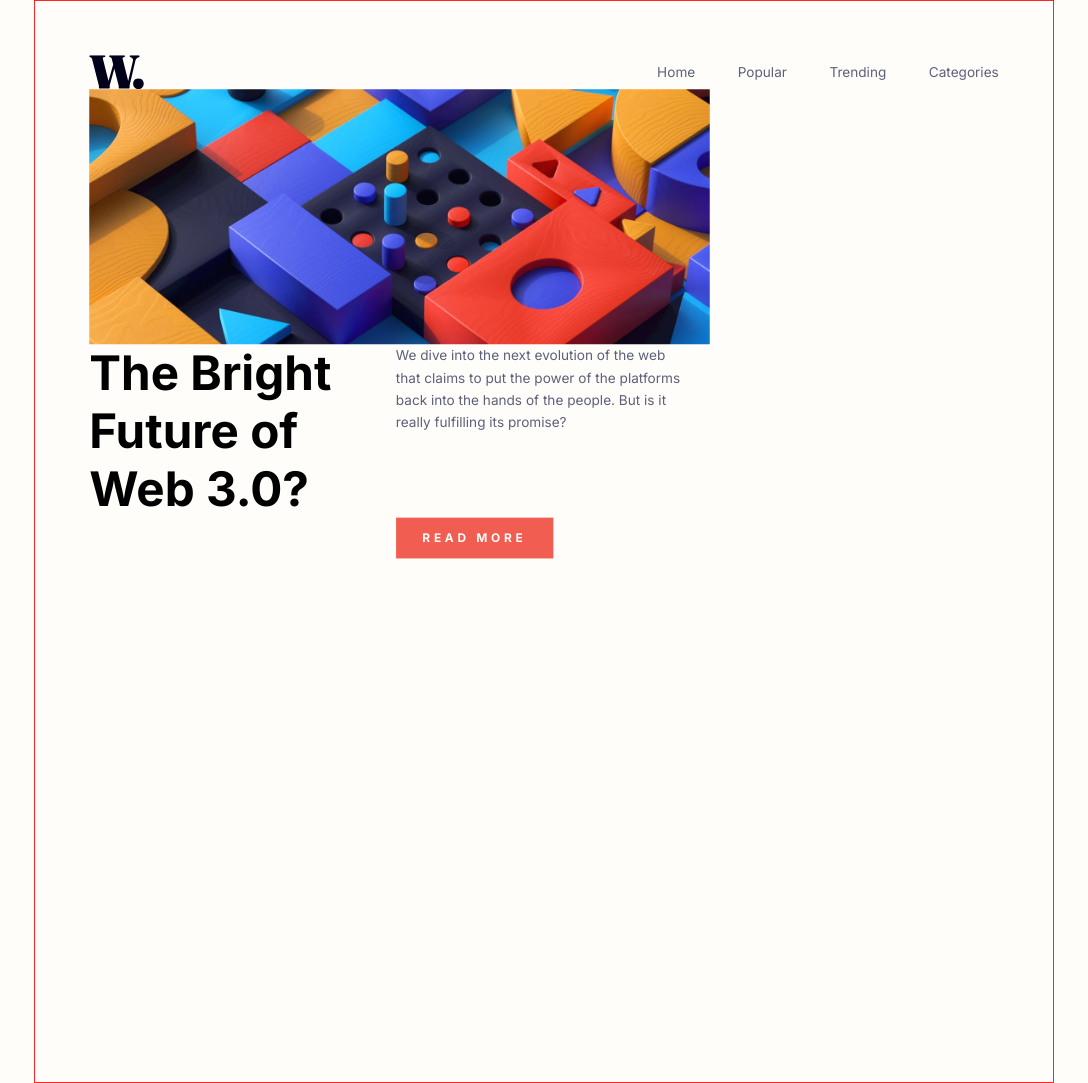
Repository: Arkitecth/news-webpage
Page: index.html
The author's editor kept a copy of each file at every save. The page is drawn from the files as they stood at one save, then again after the next save.
The browser window is 1280 px wide. The pictures show the whole page, at 85% of full size.

Above is the page before, as saved 2023-06-07 20:43:40.

### index.html
<!DOCTYPE html>
<html lang="en">
<head>
  <meta charset="UTF-8">
  <meta name="viewport" content="width=device-width, initial-scale=1.0"> <!-- displays site properly based on user's device -->
  <title>News homepage</title>
  <link rel="stylesheet" media="screen and (max-width:1440px)"href="style.css">
  <link rel="stylesheet" media="screen and (min-width:320px) and (max-width:768px)" href="mobile.css">
</head>
<body>
  <main>
    <nav class="flex-container">
      <img class="logo" src="assets/images/logo.svg" alt="logo">
      <div class="hamburger-menu">
        <img class="icon-menu" src="assets/images/icon-menu.svg" alt="icon-menu">
          <ul class="menu-items">
            <li><a href="#"> Home </a> </li>
            <li><a href="#"> Popular </a></li>
            <li><a href="#">Trending </a></li>
            <li><a href="#">Categories</a></li>
          </ul>
      </div>
    </nav>

    <div class="showcase">
      <section class="showcase-card">
        <img class="background-image" src="assets/images/image-web-3-mobile.jpg" alt="background-image">
        <h1>The Bright Future of Web 3.0? </h1>
        <p> We dive into the next evolution of the web that claims to put the power of the platforms back into the hands of the people.
          But is it really fulfilling its promise? </p>
        <a class="primary-btn" href="#">Read more </a>
      </section>

      <!-- <section class="news-card">
        <h2>New</h2>
        <article>
          <h3>Hydrogen VS Electric Cars</h3>
          <p>Will hydrogen-fueled cars ever catch up to EVs?  </p>
        </article>

        <article>
          <h3>The Downsides of AI Artistry </h3>
          <p>What are the possible adverse effects of on-demand AI image generation?</p>
        </article>
        <article>
          <h3>Is VC Funding Drying Up?</h3>
          <p>Private funding by VC firms is down 50% YOY. We take a look at what that means.</p>
        </article>
    </section>

    <section class="game-card">
      <article>
        <img src="assets/images/image-retro-pcs.jpg" alt="image-retro-pcs">
        <div class="game-content">
          <h2>01</h2>
          <h3>Reviving Retro PCs</h3>
          <p>What happens when old PCs are given modern upgrades?</p>
        </div>
      </article>

      <article>
        <img src="assets/images/image-top-laptops.jpg" alt="image-top-laptops">
        <div class="game-content">
          <h2>02</h2>
          <h3>Top 10 Laptops of 2022</h3>
          <p>Our best picks for various needs and budgets.</p>
        </div>
      </article>

      <article>
        <img src="assets/images/image-gaming-growth.jpg" alt="image-top-laptops">
        <div class="game-content">
          <h2>03</h2>
          <h3>The Growth of Gaming</h3>
          <p>How the pandemic has sparked fresh opportunities.</p>
        </div>
      </article>

    </section> -->

    </div>
  </main>
<script src="script.js"></script>

</body>
</html>

### style.css
@import url('https://fonts.googleapis.com/css2?family=Inter:wght@400;700;800&display=swap');

:root {
    --dark-primary: #00001A;
    --dark-secondary:#5E607A;
    --almost-white:#FFFDFA;
    --primary-color:#F15D51;
    --list-color:#5E607A
}

/* Main Styling */
* {
    margin: 0;
    padding: 0;
    box-sizing: border-box;
}


p {
    color: #5E607A;
    line-height: 26px;
}

body {
    font-family: 'Inter', sans-serif;
    background: #FFFDFA;
}

.primary-btn {
    text-decoration: none;
    text-transform: uppercase;
    background-color: var(--primary-color);
    color: var(--almost-white);
    width: 185px;
    height: 48px;
    font-weight: 700;
    font-size: 14px;
    text-align: center;
    padding-top: 15px;
    letter-spacing: 4.38px;
}


.primary-btn:hover {
    background-color: #00001A;
}


main {
    max-width: 1200px;
    margin: auto;
    padding: 4rem 4rem;
    overflow: hidden;
    border: 1px solid red;
}

/* .showcase {
    display: grid;
    grid-template-columns: 1fr 1fr;
    grid-template-rows: 1fr 1fr 1fr;
} */

.icon-menu {
    display: none;
}

.flex-container {
    display: flex;
    justify-content: space-between;
    align-items: center;
}

.menu-items li  {
    list-style-type: none;
}
.menu-items {
    display: flex;
    justify-content: space-evenly;
    gap: 50px;
}
.menu-items li a {
    color: var(--list-color);
    text-decoration: none;
}

.menu-items li a:hover {
    color: var(--primary-color);
}

.background-image {
    content: url("assets/images/image-web-3-desktop.jpg");
    width: 730px;
}

/* Showcase */

.showcase {
    display: grid;
    grid-template-columns: 1fr 1fr 1fr;
    grid-template-rows: 1fr 1fr;
}

.showcase-card .background-image {
    grid-row: 1;
    grid-column: 1 / span 3;
}

.showcase-card {
    display: grid;
    grid-template-rows: auto auto auto;
    grid-template-columns: auto auto auto;
}

.showcase-card h1 {
    grid-row-start: 2;
    font-size: 56px;
}

.showcase-card p {
    grid-row-start: 2;
    width: 350px;
    grid-column: 2 / span 3;
}

.showcase-card a {
    grid-row: 3;
    grid-column: 2 / span 3;
}
/* .news-card {
    display: grid;
    justify-content: center;
    background-color: black;
    color: #FFFDFA;
    margin: 100px 30px 0 30px;
    padding-left: 20px;
}

.news-card h2 {
    color: #E9AA52;
    font-size: 2rem;
    padding-top: 1rem;
}

.news-card article h3 {
    padding-bottom: 1.5rem;
    padding-top: 2rem;
}

.news-card article p {
    padding-bottom: 1.5rem;
    border-bottom: 1px solid #5E607A;
    color: #C5C6CE;
} */

### script.js
const hamburger = document.querySelector(".hamburger-menu");
const iconMenu = document.querySelector(".icon-menu");
const menuItems = document.querySelector(".menu-items");
const backgroundImage = document.querySelector(".background-image");

const body = document.querySelector("body");
iconMenu.addEventListener("click", () => {
    hamburger.classList.toggle("menu-box");
    iconMenu.classList.toggle("toggle-icon");
    menuItems.classList.toggle("toggle-menu-items");
    body.classList.toggle("toggle-dark");
    backgroundImage.classList.toggle("toggle-background-brightness");
})
iconMenu.src = "assets/images/icon-menu.svg";

### mobile.css
:root {
    --dark-primary: #00001A;
    --dark-secondary:#5E607A;
    --almost-white:#FFFDFA;
    --primary-color:#F15D51;
}
main {
    display: grid;
    grid-template-rows: auto auto auto auto;
}

.flex-container {
    display: flex;
    justify-content: space-between;
    align-items: center;
}

.container {
    margin: 1.25rem;
}

.logo {
    margin: 1.25rem;
}


/* Menu and Nav */
.icon-menu {
    display: block;
}
.menu-items {
    list-style-type: none;
    display: none;
    font-size: 1.125rem;
}

.menu-items li {
    padding: 20px;
}


.menu-items li a {
    text-decoration: none;
    color: #00001A;

}


.hamburger-menu {
    margin: 20px;
}

.toggle-dark {
    background-color: rgba(18, 23, 37, 0.6);
}

.menu-box {
    position: absolute;
    margin: 0;
    top: 0;
    right: 0;
    height: 100vh;
    width: 40vh;
    background-color: var(--almost-white);
    z-index: 1;
}


.toggle-icon {
    content: url("assets/images/icon-menu-close.svg");
    padding-top: 20px;
    margin-left: 80%;
}

.toggle-menu-items {
    display: block;
    padding: 20px;
}

.toggle-background-brightness {
    filter: brightness(50%);
}

.showcase {
    display: block;
}

/* Showcase Card */

.background-image {
    width: 343px;
}

.showcase-card {
    display: grid;
    grid-template-rows: repeat(1fr 1fr 1fr 1fr);
    align-content: center;
    justify-content: center;
}

.showcase-card h1 {
    font-size: 2.5rem;
    font-weight: 800;
    width: 21.4375rem;
    padding: 1rem 0 1rem 0;
}

.showcase-card p {
    width: 21.4375rem;
}

.primary-btn {
    margin-top: 20px;
}

.primary-btn {
    text-decoration: none;
    text-transform: uppercase;
    background-color: var(--primary-color);
    color: var(--almost-white);
    width: 185px;
    height: 48px;
    font-weight: 700;
    font-size: 14px;
    text-align: center;
    padding-top: 15px;
    letter-spacing: 4.38px;
}


.primary-btn:hover {
    background-color: #00001A;
}

/* News Card */
.news-card {
    display: grid;
    justify-content: center;
    background-color: black;
    color: #FFFDFA;
    margin: 100px 30px 0 30px;
    padding-left: 20px;
}

.news-card h2 {
    color: #E9AA52;
    font-size: 2rem;
    padding-top: 1rem;
}

.news-card article h3 {
    padding-bottom: 1.5rem;
    padding-top: 2rem;
}

.news-card article p {
    padding-bottom: 1.5rem;
    border-bottom: 1px solid #5E607A;
    color: #C5C6CE;
}

/* Game Card */

.game-card {
    display: grid;
    grid-template-rows: 1fr 1fr 1fr;
    margin: 100px 30px 0 30px;
    justify-content: center;
    padding-bottom: 100px;
    align-items: center;
    gap:30px
}

.game-card img {
    width: 100px;
    height: 129px;
}

.game-card article {
    display: grid;
    grid-template-columns: auto 1fr;
}

.game-content {
   padding-left: 20px;
}

.game-content h2 {
    color: #C5C6CE;
    font-size: 2rem;
    padding-bottom: 0.5rem;
}

.game-content h3 {
    padding-bottom: 1rem;
}

After the next save:
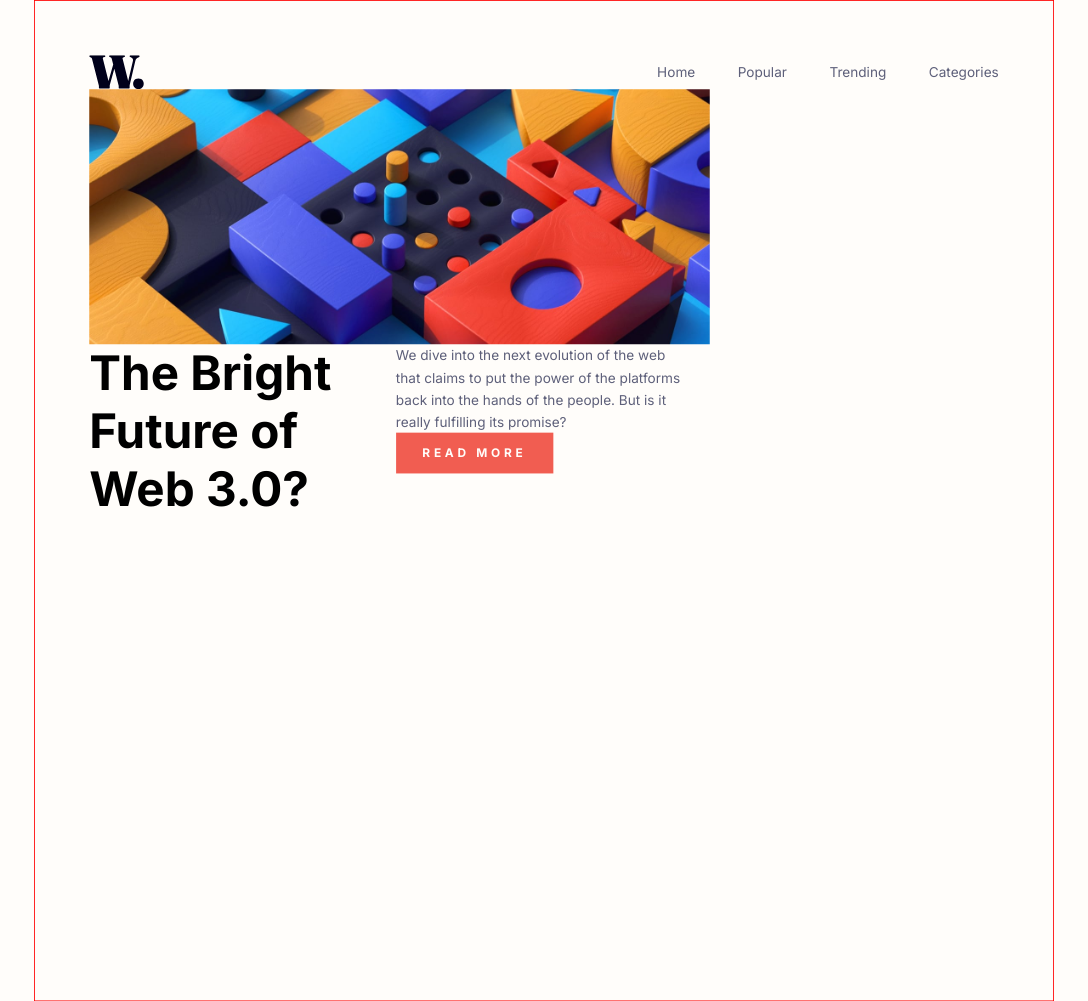
Saved 5 s later.
--- a/style.css
+++ b/style.css
@@ -112,7 +112,7 @@
 }
 
 .showcase-card h1 {
-    grid-row-start: 2;
+    grid-row: 2 / span 3;
     font-size: 56px;
 }
 
